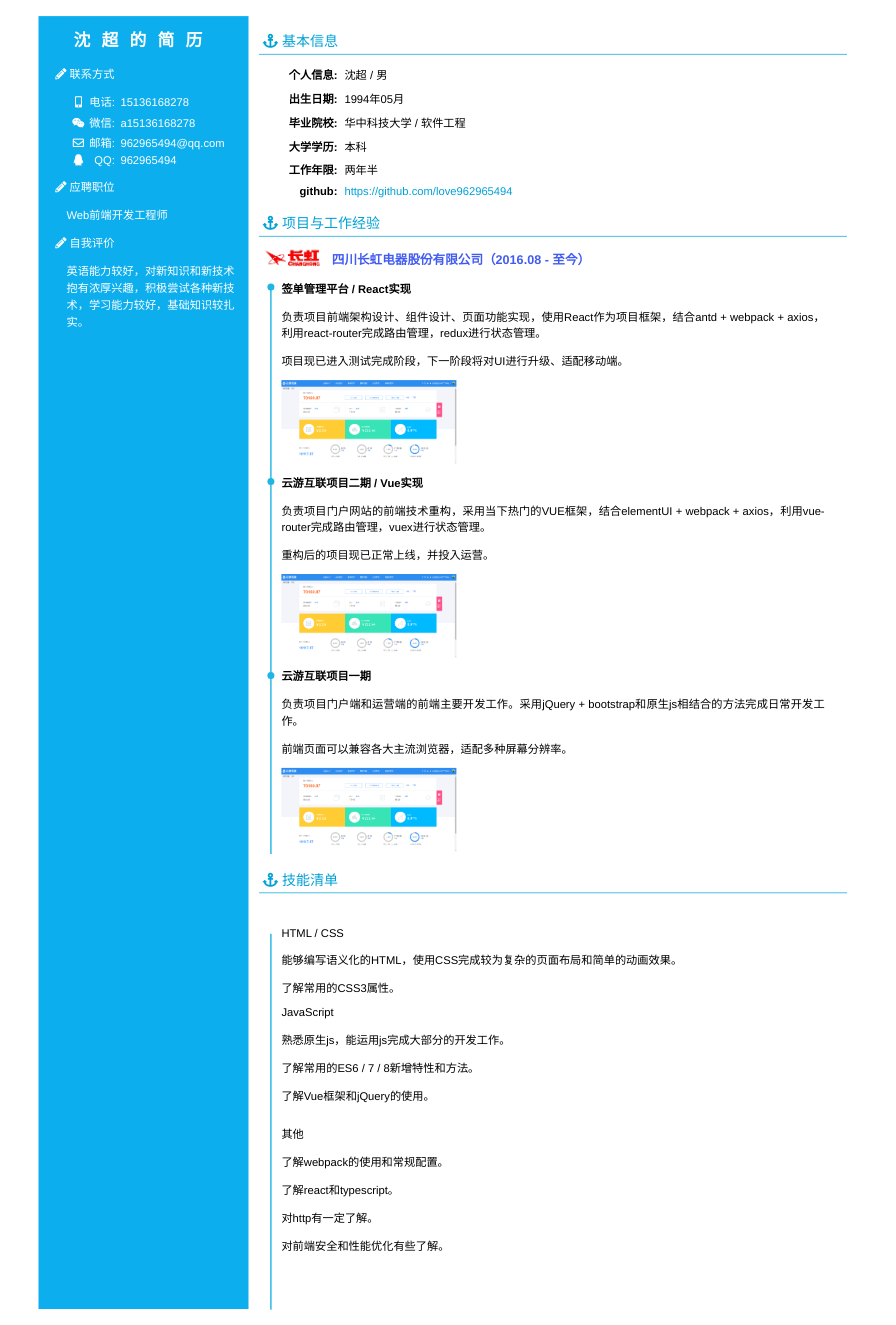
Repository: love962965494/my-resume
Page: index.html
An editor plug-in stored every save of this project. The page is shown before and after the next save, followed by the edit.
The browser window is 1280 px wide. The pictures show the whole page, at 70% of full size.
Some web libraries are served in a nearby version. The style sheet was rebuilt from its Sass, Less or Tailwind sources for each picture, by a compiler version that may differ from the author's.

Above is the page before, as saved 2018-09-02 18:59:09.

### index.html
<!DOCTYPE html>
<html lang="en">

<head>
  <meta charset="UTF-8">
  <meta name="viewport" content="width=device-width, initial-scale=1.0">
  <meta http-equiv="X-UA-Compatible" content="ie=edge">
  <title>沈超的简历</title>
  <link rel="stylesheet" href="https://use.fontawesome.com/releases/v5.0.10/css/all.css" integrity="sha384-+d0P83n9kaQMCwj8F4RJB66tzIwOKmrdb46+porD/OvrJ+37WqIM7UoBtwHO6Nlg"
    crossorigin="anonymous">
  <link rel="stylesheet" href="./styles/myResume.css">
</head>

<body>
  <div id="container" class="container">
    <!-- 左边栏 -->
    <aside class="content__left">
      <!-- 头像区域 -->
      <div class="content__left--title">
        <h1>沈超的简历</h1>
      </div>

      <!-- 联系方式区域 -->
      <div class="content__left--contact">
        <div class="title">
          <i class="fas fa-pencil-alt"></i>
          <span>联系方式</span>
        </div>
        <ul class="list">
          <li>
            <span>
              <i class="fas fa-mobile-alt"></i>
            </span>
            <span>电话:</span>
            <span>15136168278</span>
          </li>
          <li>
            <span>
              <i class="fab fa-weixin"></i>
            </span>
            <span>微信:</span>
            <span>a15136168278</span>
          </li>
          <li>
            <span>
              <i class="far fa-envelope"></i>
            </span>
            <span>邮箱:</span>
            <span>962965494@qq.com</span>
          </li>
          <li>
            <span>
              <i class="fab fa-qq"></i>
            </span>
            <span>QQ:</span>
            <span>962965494</span>
          </li>
        </ul>
      </div>

      <!-- 应聘职位区域 -->
      <div class="content__left--application">
        <span class="title">
          <i class="fas fa-pencil-alt"></i>
          <span>应聘职位</span>
        </span>
        <p class="job">Web前端开发工程师</p>
      </div>

      <!-- 个人评价区域 -->
      <div class="content__left--evaluation">
        <span class="title">
          <i class="fas fa-pencil-alt"></i>
          <span>自我评价</span>
        </span>
        <p class="evaluate">英语能力较好，对新知识和新技术抱有浓厚兴趣，积极尝试各种新技术，学习能力较好，基础知识较扎实。</p>
      </div>
    </aside>

    <!-- 右边栏 -->
    <div class="content__right">
      <!-- 基本信息 -->
      <div class="content__right--basic">
        <div class="header">
          <i class="fas fa-anchor"></i>
          <span>基本信息</span>
        </div>
        <ul class="list">
          <li>
            <span>个人信息:</span>
            <span>沈超 / 男</span>
          </li>
          <li>
            <span>出生日期:</span>
            <span>1994年05月</span>
          </li>
          <li>
            <span>毕业院校:</span>
            <span>华中科技大学 / 软件工程</span>
          </li>
          <li>
            <span>大学学历:</span>
            <span>本科</span>
          </li>
          <li>
            <span>工作年限:</span>
            <span>两年半</span>
          </li>
          <li>
            <span>github:</span>
            <span><a href="https://github.com/love962965494" target="_blank">https://github.com/love962965494</a></span>
          </li>
        </ul>
      </div>

      <!-- 项目经验 -->
      <div class="content__right--experience">
        <div class="header">
          <i class="fas fa-anchor"></i>
          <span>项目与工作经验</span>
        </div>
        <ul class="list">
          <li>
            <div class="company">
              <img src="./image/changhong.jpg" alt="长虹Logo">
              <span>四川长虹电器股份有限公司（2016.08 - 至今）</span>
            </div>
            <ul class="work-experience-list">
              <li class="work__item">
                <div class="work__item--name">签单管理平台 / React实现</div>
                <div class="work__item--info">
                  <p>负责项目前端架构设计、组件设计、页面功能实现，使用React作为项目框架，结合antd + webpack + axios，利用react-router完成路由管理，redux进行状态管理。</p>
                  <p>项目现已进入测试完成阶段，下一阶段将对UI进行升级、适配移动端。</p>
                </div>
                <div class="work__item--picture">
                  <img src="./image/new1.png" alt="签单管理平台实现效果图">
                </div>
              </li>
              <li class="work__item">
                <div class="work__item--name">云游互联项目二期 / Vue实现</div>
                <div class="work__item--info">
                  <p>负责项目门户网站的前端技术重构，采用当下热门的VUE框架，结合elementUI + webpack + axios，利用vue-router完成路由管理，vuex进行状态管理。</p>
                  <p>重构后的项目现已正常上线，并投入运营。</p>
                </div>
                <div class="work__item--picture">
                  <img src="./image/new1.png" alt="签单管理平台实现效果图">
                </div>
              </li>
              <li class="work__item">
                <div class="work__item--name">云游互联项目一期</div>
                <div class="work__item--info">
                  <p>负责项目门户端和运营端的前端主要开发工作。采用jQuery + bootstrap和原生js相结合的方法完成日常开发工作。</p>
                  <p>前端页面可以兼容各大主流浏览器，适配多种屏幕分辨率。</p>
                </div>
                <div class="work__item--picture">
                  <img src="./image/new1.png" alt="签单管理平台实现效果图">
                </div>
              </li>
            </ul>
          </li>
        </ul>
      </div>

      <!-- 技能清单 -->
      <div class="content__right--skill">
        <div class="header">
          <i class="fas fa-anchor"></i>
          <span>技能清单</span>
        </div>
        <ul class="list">
          <li class="list__item">
            <div class="list__item-name">HTML / CSS</div>
            <div class="list__item-info">
              <p>能够编写语义化的HTML，使用CSS完成较为复杂的页面布局和简单的动画效果。</p>
              <p>了解常用的CSS3属性。</p>
            </div>
          </li>
          <li>
            <div class="list__item-name">JavaScript</div>
            <div class="list__item-info">
              <p>熟悉原生js，能运用js完成大部分的开发工作。</p>
              <p>了解常用的ES6 / 7 / 8新增特性和方法。</p>
              <p>了解Vue框架和jQuery的使用。</p>
            </div>
          </li>
          <li style="border-top: 15px solid transparent;">
            <div class="skill-name circle">其他</div>
            <div class="skill-info">
              <p>了解webpack的使用和常规配置。</p>
              <p>了解react和typescript。</p>
              <p>对http有一定了解。</p>
              <p>对前端安全和性能优化有些了解。</p>
            </div>
          </li>
        </ul>
      </div>
    </div>
  </div>
</body>

</html>

### styles/myResume.scss
@mixin text-center {
  text-align: center;
}

@mixin row {
  grid-column: 1 / span 12;
}

@media (min-width: 992px) {
  .container {
    width: 970px;
  }
}

@media (min-width: 1200px) {
  .container {
    width: 1170px;
  }
}

html {
  font-size: 16px;
}

a,
a:hover,
a:visited {
  color: #00A1D6;
  text-decoration: none;
}

ul {
  list-style: none;
}

.container {
  display: grid;
  grid-template-columns: minmax(200px, 300px) 1fr;
  padding: 15px;
  margin: auto;
  font-family: "Helvetica Neue", Helvetica, "PingFang SC", "Hiragino Sans GB", "Microsoft YaHei", "微软雅黑", Arial, sans-serif;
}

/* ----------------------------- 左边栏 ----------------------------- */

.content__left {
  display: grid;
  grid-template-columns: repeat(12, 1fr);
  grid-template-rows: repeat(4, min-content);
  background-color: #0daeee;
  color: #fff;
  &--title {
    @include row;
    @include text-center;
    margin: 15px 0 20px;
    &>h1 {
      margin: 0;
      white-space: nowrap;
      letter-spacing: 1rem;
    }
  }
  @mixin title {
    padding-left: 1.5rem;
  }
  &--contact {
    @include row();
    &>.title {
      @include title;
    }
    &>.list {
      &>li {
        display: grid;
        grid-template-columns: 1.5rem 3rem 1fr;
        align-items: baseline;
        margin: 5px;
        &>span:nth-of-type(1) {
          text-align: center;
        }
        &>span:nth-of-type(2) {
          text-align: right;
          padding-right: .5rem;
        }
      }
    }
  }
  &--application {
    @include row();
    &>.title {
      @include title;
    }
    &>.job {
      padding-left: 40px;
    }
  }
  &--evaluation {
    @include row();
    &>.title {
      @include title;
    }
    &>.evaluate {
      padding-left: 40px;
      padding-right: 1rem;
    }
  }
}

/* ----------------------------- 右边栏 ----------------------------- */

.content__right {
  padding: 15px;
  @mixin header {
    padding: 5px;
    border-bottom: 1px solid currentColor;
    color: #00A1D6;
    font-size: 20px;
  }
  &--basic {
    &>.header {
      @include header;
    }
    &>.list {
      padding: 0;
      &>li {
        margin: 10px 2rem;
        display: grid;
        grid-template-columns: 5rem 1fr;
        grid-column-gap: 10px;
        &>span:nth-of-type(1) {
          font-weight: 600;
          text-align: right;
          white-space: nowrap;
        }
      }
    }
  }
  &--experience {
    &>.header {
      @include header;
    }
    &>.list {
      padding: 0;
      &>li {
        margin: 10px 2rem;
        &>.company {
          display: flex;
          margin-bottom: 15px;
          align-items: center;
          img {
            width: 80px;
            margin-right: 1rem;
            margin-left: -1.5rem;
          }
          span {
            color: #425cf0;
            font-weight: 600;
            font-size: 18px;
            white-space: nowrap;
          }
        }
        &>.work-experience-list {
          padding: 0;
          position: relative;
          &::before {
            content: '';
            position: absolute;
            height: calc(100% - 10px);
            margin-left: -1rem;
            margin-top: 10px;
            border-left: 2px solid #1fb5e6;
          }
          .work__item {
            margin: 10px 0;
            &--name {
              font-weight: 600;
              &::before {
                content: '';
                position: absolute;
                width: 10px;
                height: 10px;
                margin-left: calc(-4px - 1rem);
                margin-top: .4rem;
                border-radius: 50%;
                background: #1fb5e6;
              }
            }
            &--info {
              &>p {
                text-align: justify;
              }
            }
            &--picture {
              img {
                width: 250px;
              }
            }
          }
        }
      }
    }
  }
  &--skill {
    &>.header {
      @include header;
    }

    .list {
      padding: 2rem;
      position: relative;
      &::before {
        content: '';
        position: absolute;
        height: calc(100% - 10px);
        margin-left: -1rem;
        margin-top: 10px;
        border-left: 2px solid #1fb5e6;
      }
    }
  }
}

After the next save:
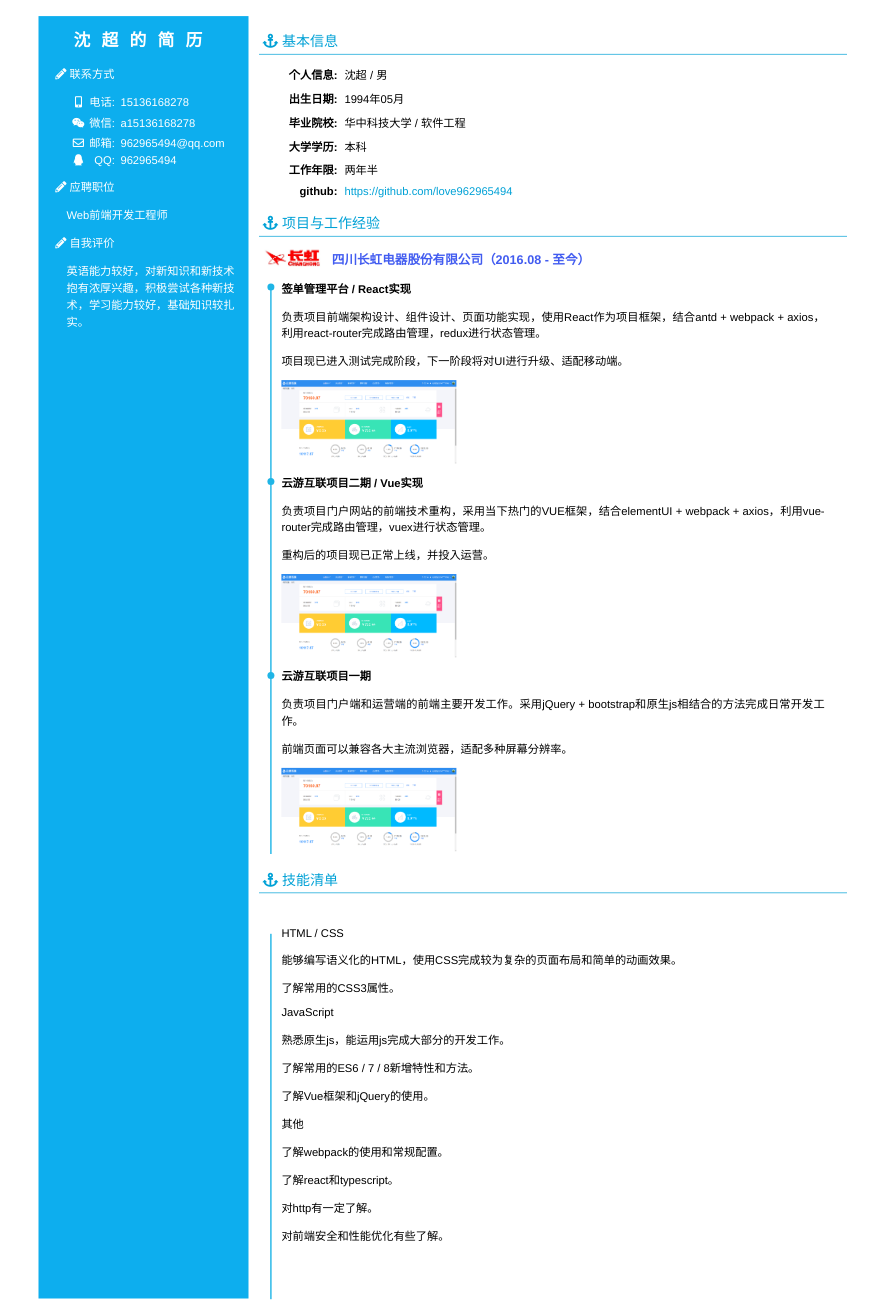
Saved 22 s later.
--- a/index.html
+++ b/index.html
@@ -175,7 +175,7 @@
               <p>了解常用的CSS3属性。</p>
             </div>
           </li>
-          <li>
+          <li class="list__item">
             <div class="list__item-name">JavaScript</div>
             <div class="list__item-info">
               <p>熟悉原生js，能运用js完成大部分的开发工作。</p>
@@ -183,9 +183,9 @@
               <p>了解Vue框架和jQuery的使用。</p>
             </div>
           </li>
-          <li style="border-top: 15px solid transparent;">
-            <div class="skill-name circle">其他</div>
-            <div class="skill-info">
+          <li class="list__item">
+            <div class="list__item-name">其他</div>
+            <div class="list__item-info">
               <p>了解webpack的使用和常规配置。</p>
               <p>了解react和typescript。</p>
               <p>对http有一定了解。</p>
